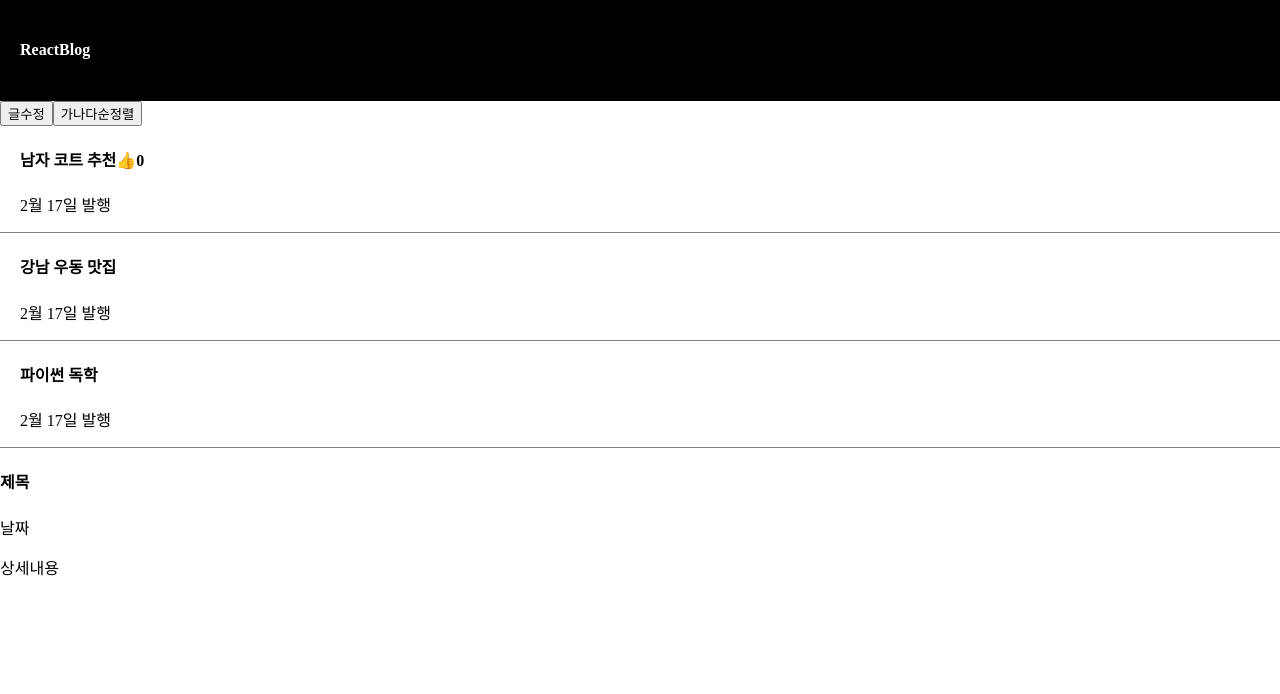
Repository: thinkseaweave/applecoding
Page: /
The author's editor kept a copy of each file at every save. The page is drawn from the files as they stood at one save, then again after the next save.
The browser window is 1280 px wide. The pictures show the whole page.
The project was rebuilt for these pictures with package versions that can differ from the ones it lists, and the page was loaded fresh each time. Also part of the build but not shown: vite.config.js, src/index.css.

Above is the page before, as saved 2025-01-26 14:57:23.

After the next save:
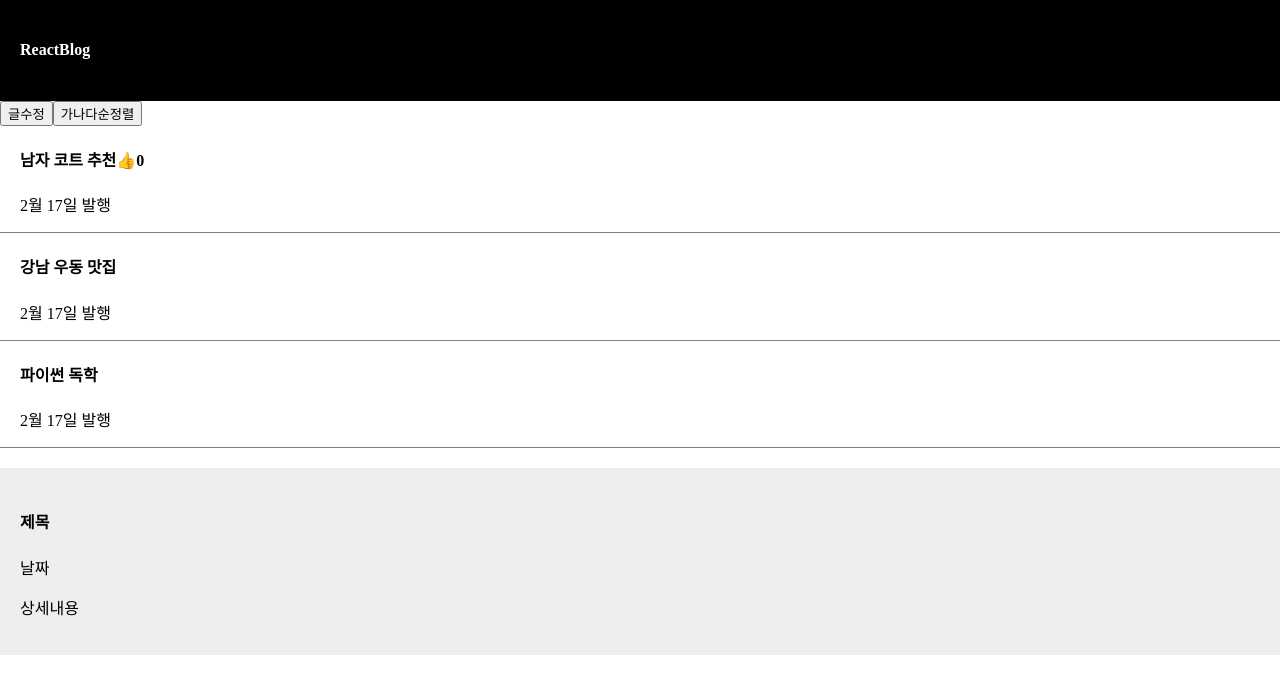
Saved 12 s later.
--- a/src/App.css
+++ b/src/App.css
@@ -18,3 +18,10 @@ div {
   color: white;
   padding: 20px;
 }
+
+.modal {
+  margin-top: 20px;
+  padding: 20px;
+  background: #eee;
+  text-align: left;
+}
